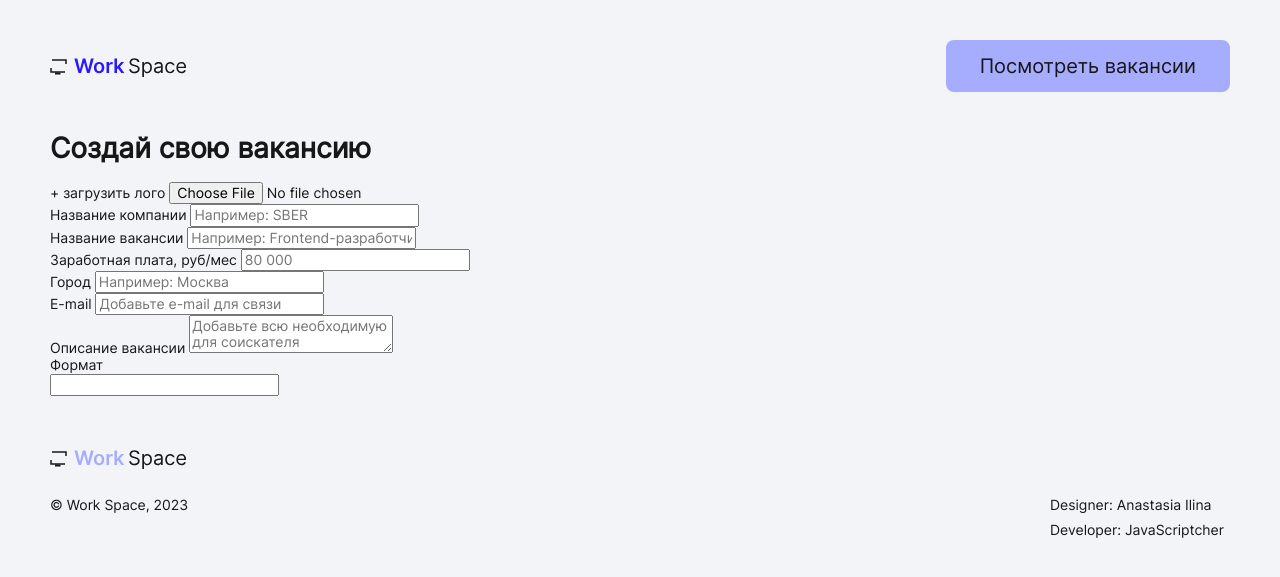
Repository: alexboagreek/workspace_js
Page: employer.html
These files come from the project's save history. The page is drawn as it stood at one moment and after a run of saves; the edit follows.
The browser window is 1280 px wide. The pictures show the whole page.

Above is the page before, as saved 2023-09-12 12:22:14.
Console error: TypeError: Cannot read properties of null (reading 'addEventListener')

### employer.html
<!DOCTYPE html>
<html lang="ru">
  <head>
    <meta charset="UTF-8" />
    <meta name="viewport" content="width=device-width, initial-scale=1.0" />
    <title>Workspace - добавить вакансию</title>

    <link rel="stylesheet" href="index.css" />

    <script src="js/choices.min.js" defer></script>
    <script src="js/script.js" defer></script>
  </head>

  <body>
    <header class="header">
      <div class="container header__container">
        <img class="header__logo" src="img/logo.svg" alt="Логитип WorkSpace" />

        <a class="header__link" href="#vacancies">Посмотреть вакансии</a>
      </div>
    </header>

    <main>
      <section class="employer">
        <div class="container">
          <h1 class="employer__title">Создай свою вакансию</h1>

          <form class="employer__form">
            <div class="employer__file file">
              <div class="file__wrap-preview">
                <img src="#" alt="" class="file__preview" />
              </div>

              <div class="file__wrap-btn">
                <label for="logo" class="file__label"> + загрузить лого </label>
                <input
                  name="logo"
                  type="file"
                  class="file__input"
                  id="logo"
                  accept="image/png, image/jpeg"
                />
              </div>

              <fieldset class="employer__fildset">
                <div class="employer__wrap-input">
                  <label class="employer__label" for="company"
                    >Название компании</label
                  >

                  <input
                    type="text"
                    class="employer__input"
                    id="company"
                    name="company"
                    placeholder="Например: SBER"
                  />
                </div>
              </fieldset>

              <fieldset class="employer__fieldset-input">
                <div class="employer__wrap-input">
                  <label class="employer__label" for="title"
                    >Название вакансии</label
                  >

                  <input
                    type="text"
                    class="employer__input"
                    id="title"
                    name="title"
                    placeholder="Например: Frontend-разработчик"
                  />
                </div>
              </fieldset>

              <fieldset class="employer__fildset">
                <div class="employer__wrap-input">
                  <label class="employer__label" for="salary"
                    >Заработная плата, руб/мес</label
                  >

                  <input
                    type="number"
                    class="employer__input"
                    id="salary"
                    name="salary"
                    placeholder="80 000"
                  />
                </div>
              </fieldset>

              <fieldset class="employer__fildset">
                <div class="employer__wrap-input">
                  <label class="employer__label" for="location">Город</label>

                  <input
                    type="text"
                    class="employer__input"
                    id="location"
                    name="location"
                    placeholder="Например: Москва"
                  />
                </div>
              </fieldset>

              <fieldset class="employer__fildset">
                <div class="employer__wrap-input">
                  <label class="employer__label" for="email">E-mail</label>

                  <input
                    type="email"
                    class="employer__input"
                    id="email"
                    name="email"
                    placeholder="Добавьте e-mail для связи"
                  />
                </div>
              </fieldset>
            </div>

            <fieldset class="employer__fieldset-textarea">
              <label class="employer__label" for="description"
                >Описание вакансии</label
              >

              <textarea
                class="employer__textarea"
                name="description"
                id="description"
                placeholder="Добавьте всю необходимую для соискателя информацию"
              ></textarea>
            </fieldset>


            <div class="employer__radio-buttons">
              <fieldset class="employer__fieldset-radio">
                <legend class="employer__legend">Формат</legend>

                <label class="employer__label-radio radio">
                  <input type="text" class="radio">
                </label>
              </fieldset>
            </div>
          </form>
        </div>
      </section>
    </main>

    <footer class="footer">
      <div class="container footer__container">
        <img
          class="footer__logo"
          src="img/logo-footer.svg"
          alt="Логотип WorkSpace"
        />

        <p class="footer__copyright">© Work Space, 2023</p>

        <ul class="footer__contacts">
          <li class="footer__contact">
            Designer:
            <a class="footer__link" href="#">Anastasia Ilina</a>
          </li>
          <li class="footer__contact">
            Developer:
            <a class="footer__link" href="#">JavaScriptcher</a>
          </li>
        </ul>
      </div>
    </footer>
  </body>
</html>

### index.css
@import "style/normalize.css";
@import "style/choices.min.css";
@import "style/style.css";
@import "style/header.css";
@import "style/hero.css";
@import "style/vacancies.css";
@import "style/filter.css";
@import "style/choices.css";
@import "style/checkbox.css";
@import "style/cards.css";
@import "style/vacancy.css";
@import "style/footer.css";
@import "style/modal.css";
@import "style/detail.css";

### style/style.css
@font-face {
  font-family: Inter;
  font-weight: 400;
  src: url("../fonts/inter-regular.woff2") format("woff2"),
    url("../fonts/inter-regular.woff") format("woff");
}

html {
  scroll-behavior: smooth;
  position: relative;
  box-sizing: border-box;
}

*,
*:before,
*:after {
  box-sizing: inherit;
}

body {
  min-width: 320px;
  min-height: 100vh;
  font-family: Inter, sans-serif;
  font-size: 14px;
  color: #171717;
  background-color: #f3f4f8;
  line-height: 1.2;
}

img,
svg {
  max-width: 100%;
  max-height: 100%;
  height: auto;
}

button {
  padding: 0;
  border: 0;
  cursor: pointer;
  background-color: transparent;
}

a {
  text-decoration: none;
  color: inherit;
}

ul {
  padding: 0;
  margin: 0;
  list-style: none;
}

h1,
h2,
h3,
p {
  margin: 0;
}

fieldset {
  padding: 0;
  margin: 0;
  border: 0;
}

.visually-hidden {
  position: fixed;
  transform: scale(0);
}

.container {
  --width: 1180px;
  --padding: 30px;
  max-width: calc(var(--width) + var(--padding) * 2);
  margin: 0 auto;
  padding: 0 var(--padding);
}

.blue-text {
  color: #2a18ff;
}

@media (max-width: 1140px) {
  .container {
    --width: 880px;
  }
}

@media (max-width: 940px) {
  .container {
    --width: 680px;
  }
}

@media (max-width: 640px) {
  .container {
    --padding: 15px;
  }
}

### style/header.css
.header {
  padding: 40px 0;
}

.header__container {
  display: flex;
  align-items: center;
  justify-content: space-between;
}

.header__link {
  padding: 12px 32px;
  border-radius: 8px;
  background-color: #a6adff;
  font-size: 20px;
  border: 2px solid transparent;
  transition-property: color, background-color;
  transition-duration: 0.2s;
  transition-timing-function: ease-in-out;
}

.header__link:focus-visible {
  border-color: #4f58be;
}

.header__link:hover {
  color: #fff;
  background-color: #2a18ff;
}

@media (max-width: 1140px) {
  .header {
    padding: 32px 0 40px;
  }
}

@media (max-width: 940px) {
  .header {
    padding: 24px 0 30px;
  }

  .header__link {
    padding: 8px 23px;
    font-size: 14px;
  }
}

@media (max-width: 640px) {
  .header {
    padding: 24px 0 20px;
  }

  .header__link {
    display: none;
  }
}

### style/hero.css
.hero {
  padding: 60px 0 50px;
}

.hero__container {
  position: relative;
  padding-top: 57px;
  padding-bottom: 57px;
}

.hero__container:after {
  content: "";
  position: absolute;
  right: -9px;
  top: 0;
  bottom: 0;
  width: 421px;
  background: url("../img/laptop.png") no-repeat center/contain;
}

.hero__title {
  position: relative;
  z-index: 2;
  max-width: 780px;
  font-size: 90px;
  letter-spacing: 1.8px;
  text-transform: uppercase;
}

@media (max-width: 1140px) {
  .hero {
    padding: 40px 0;
  }

  .hero__container {
    padding-top: 53px;
    padding-bottom: 53px;
  }

  .hero__container:after {
    width: 340px;
  }

  .hero__title {
    max-width: 580px;
    font-size: 64px;
    letter-spacing: 1.28px;
  }
}

@media (max-width: 940px) {
  .hero {
    padding: 30px 0;
  }

  .hero__container {
    padding-top: 40px;
    padding-bottom: 40px;
  }

  .hero__container:after {
    width: 269px;
  }

  .hero__title {
    max-width: 450px;
    font-size: 52px;
    letter-spacing: 1.04px;
  }
}

@media (max-width: 640px) {
  .hero {
    padding-top: 20px;
    padding-bottom: 10px;
  }

  .hero__container {
    padding-top: 0;
    padding-bottom: 234px;
  }

  .hero__title {
    max-width: 290px;
    text-align: center;
    margin: 0 auto;
    font-size: 32px;
  }

  .hero__container:after {
    right: auto;
    top: auto;
    height: 269px;
    left: 50%;
    transform: translateX(-50%);
    background-position: bottom;
  }
}

### style/vacancies.css
.vacancies {
  padding: 50px 0;
}

.vacancies__container {
  display: flex;
  align-items: start;
  gap: 24px 20px;
}

.vacancies__filter-btn {
  display: none;
}

.vacancies__filter {
  flex: 0 0 280px;
}

.vacancies__cards {
  flex-basis: 100%;
}

@media (max-width: 1140px) {
  .vacancies {
    padding: 40px 0;
  }
}

@media (max-width: 940px) {
  .vacancies {
    padding: 30px 0;
  }

  .vacancies__container {
    flex-direction: column;
    row-gap: 0;
  }

  .vacancies__filter-btn {
    display: flex;
    align-items: center;
    margin-bottom: 24px;
    transition-property: margin-bottom, color;
    transition-duration: 0.2s, 0.3s;
    transition-timing-function: ease-in-out;
    transition-delay: 0.2s, 0s;
    color: #2a18ff;
    line-height: 20px;
  }

  .vacancies__filter-btn:hover:not(:focus) {
    color: #a6adff;
  }

  .vacancies__filter-btn-arrow {
    position: relative;
    top: -2px;
    display: block;
    width: 20px;
    height: 20px;
  }

  .vacancies__filter-btn_active {
    margin-bottom: 32px;
    transition-delay: 0s;
  }

  .vacancies__filter-btn_active .vacancies__filter-btn-arrow {
    transform: rotate(180deg);
    top: 2px;
  }

  .vacancies__filter {
    width: 100%;
    flex-basis: auto;
    height: 0;
    overflow: hidden;
    transition: height 0.4s ease-in-out;
  }

  .vacancies__filter_active {
    height: auto;
    margin-bottom: 40px;
  }

  .vacancies__cards {
    width: 100%;
  }
}

@media (max-width: 640px) {
  .vacancies__filter-btn_active {
    margin-bottom: 24px;
  }
}

### style/filter.css
.filter {
  position: relative;
}

.filter__reset {
  position: absolute;
  top: 7px;
  right: 0;
  color: #ccc;
}

.filter__title {
  font-size: 20px;
  font-weight: 400;
  margin-bottom: 32px;
}

.filter__form {
  display: flex;
  flex-direction: column;
  gap: 32px;
}

.filter__fieldset {
  display: flex;
  flex-direction: column;
  align-items: start;
}

.filter__legend {
  margin-bottom: 12px;
}

.filter__select {
  width: 100%;
}

.filter__range {
  display: flex;
  align-items: center;
  justify-content: space-between;
  gap: 10px;
}

.filter__label:not(:last-child) {
  margin-bottom: 8px;
}

.filter__input {
  flex: 1 1 50%;
  width: 100%;
  padding: 0 16px;
  height: 32px;
  border: 0;
}

.filter__input::placeholder {
  color: #ccc;
}

.filter__checkboxes {
  display: flex;
  flex-direction: column;
  gap: 32px;
}

.filter__button {
  padding: 8px 24px;
  border-radius: 4px;
  background-color: #a6adff;
  border: 2px solid transparent;
  transition-property: color, background-color;
  transition-duration: 0.2s;
  transition-timing-function: ease-in-out;
}

.filter__button:focus-visible {
  border-color: #4f58be;
}

.filter__button:hover {
  color: #fff;
  background-color: #2a18ff;
}

@media (max-width: 940px) {
  .filter__title {
    position: fixed;
    transform: scale(0);
  }

  .filter__input {
    max-width: 140px;
  }

  .filter__checkboxes {
    display: grid;
    grid-template-columns: repeat(auto-fit, minmax(180px, 1fr));
    gap: 24px 70px;
  }

  .filter__buttons {
    display: flex;
    gap: 16px;
    align-items: center;
  }

  .filter__reset {
    position: static;
  }
}

### style/choices.css
.choices {
  width: 100%;
}

.choices__inner {
  background-color: #fff;
  padding: 6px 16px;
  min-height: 32px;
  border: 0;
}

.choices__list--single {
  padding: 0;
}

.choices[data-type*="select-one"]::after {
  width: 20px;
  height: 20px;
  background: url("../img/arrow.svg") no-repeat center/contain;
  border: 0;
  top: 6px;
  right: 16px;
  margin-top: 0;
}

.choices[data-type*="select-one"].is-open::after {
  transform: rotate(180deg);
  margin-top: 0;
}

### style/checkbox.css
.checkbox {
  position: relative;
  display: block;
  line-height: 20px;
  padding-left: 28px;
}

.checkbox__input {
  -webkit-appearance: none;
  -moz-appearance: none;
  appearance: none;
  position: absolute;
  width: 20px;
  height: 20px;
  left: 0;
  top: 0;
  bottom: 0;
  background-color: #fff;
  border-radius: 4px;
}

.checkbox__input:after {
  content: "";
  position: absolute;
  inset: 0;
  display: block;
  background: url("../img/check.svg") no-repeat center;
  opacity: 0;
  transition: opacity 0.2s ease-in-out;
}

.checkbox__input:checked:after {
  opacity: 1;
}

.checkbox__input:focus-visible {
  outline: none;
  box-shadow: 0px 2px 10px rgba(0, 0, 0, 0.25);
}

.checkbox__input:hover:not(:disabled) {
  box-shadow: 0px 2px 10px rgba(166, 173, 255, 0.55);
}

.checkbox__input:disabled {
  background-color: #ccc;
}

### style/cards.css
.cards__list {
  display: grid;
  grid-template-columns: repeat(auto-fit, minmax(280px, 1fr));
  gap: 20px;
}

@media (max-width: 940px) {
  .cards__list {
    grid-template-columns: repeat(auto-fit, minmax(220px, 1fr));
    gap: 10px;
  }
}

### style/vacancy.css
.vacancy {
  border-radius: 16px;
  background-color: #fff;
  padding: 16px;
  height: 100%;
  cursor: pointer;
  outline: none;
  border: 2px solid transparent;
}

.vacancy:hover {
  background-color: #f9faff;
}

.vacancy:focus-visible {
  border-color: #a6adff;
}

.vacancy__img {
  max-height: 44px;
  margin-bottom: 12px;
  display: block;
}

.vacancy__company {
  font-size: 20px;
  margin-bottom: 8px;
}

.vacancy__title {
  display: inline-block;
  padding: 3px 5px;
  font-size: 14px;
  font-weight: 400;
  border-radius: 4px;
  background-color: #eaecff;
  margin-bottom: 8px;
}

.vacancy__field {
  color: #ccc;
}

### style/footer.css
.footer {
  padding: 50px 0 40px;
}

.footer__container {
  display: grid;
  gap: 27px;
  grid-template-areas:
    "logo ."
    "copyright contacts";
}

.footer__logo {
  grid-area: logo;
}

.footer__copyright {
  grid-area: copyright;
}

.footer__contacts {
  grid-area: contacts;
  justify-self: end;
  min-width: 180px;
}

.footer__contact {
  margin-bottom: 8px;
}

.footer__contact:last-child {
  margin-bottom: 0;
}

.footer__link:hover {
  color: brown;
}

@media (max-width: 1140px) {
  .footer {
    padding: 40px 0 32px;
  }
}

@media (max-width: 940px) {
  .footer {
    padding: 30px 0 24px;
  }
}

@media (max-width: 640px) {
  .footer {
    padding-top: 20px;
  }

  .footer__container {
    grid-template-areas:
      "logo"
      "copyright"
      "contacts";
  }

  .footer__contacts {
    justify-self: start;
  }
}

### style/modal.css
.modal {
  position: fixed;
  z-index: 10;
  inset: 0;
  background-color: rgba(0, 0, 0, 0.5);
  cursor: pointer;
  padding: 30px;
  overflow-y: auto;
  display: flex;
}

.modal__main {
  position: relative;
  margin: auto;
  cursor: default;
}

.modal__close {
  background-color: transparent;
  border: none;
  cursor: pointer;
  position: absolute;
  top: 12px;
  right: 12px;
  padding: 0;
  line-height: 0;
  outline: 1px solid transparent;
  border-radius: 3px;
}

.modal__close:focus-visible {
  outline-color: gray;
}

@media (max-width: 640px) {
  .modal {
    padding: 30px 15px;
  }
}

### style/detail.css
.detail {
  max-width: 780px;
  border-radius: 16px;
  box-shadow: 0px 10px 50px 0px rgba(4, 0, 49, 0.1);
  background: #fff url("../img/likemen.png") no-repeat bottom right;
  background-size: 150px;
  padding: 36px 36px 80px;
}

.detail__header {
  display: grid;
  grid-template-columns: 101px 1fr;
  gap: 12px 20px;
  margin-bottom: 32px;
}

.detail__logo {
  width: 100%;
  max-height: 101px;
  grid-row: 1 / 3;
  align-self: center;
  justify-self: start;
}

.detail__company {
  font-size: 32px;
  letter-spacing: 0.64px;
  align-self: end;
  justify-self: start;
}

.detail__title {
  font-size: 20px;
  font-weight: 400;
  align-self: start;
  justify-self: start;
  border-radius: 4px;
  background-color: #eaecff;
  padding: 5px 10px;
}

.detail__main {
  display: flex;
  gap: 20px;
  margin-bottom: 32px;
}

.detail__description {
  max-width: 465px;
  line-height: 1.4;
}

.detail__fields {
  display: flex;
  flex-direction: column;
  align-items: start;
  gap: 4px;
}

.detail__field {
  padding: 3px 10px;
  border-radius: 30px;
  background-color: #eaecff;
}

.detail__resume {
  line-height: 1.4;
}

@media (max-width: 940px) {
  .detail {
    max-width: 680px;
    padding: 24px 24px 72px;
  }

  .detail__main {
    gap: 10px;
  }

  .detail__description {
    max-width: 418px;
  }
}

@media (max-width: 640px) {
  .detail {
    padding: 24px 15px;
    background-image: none;
  }

  .detail__header {
    grid-template-columns: 60px 1fr;
    gap: 4px 8px;
    margin-bottom: 24px;
  }

  .detail__company {
    font-size: 20px;
    letter-spacing: 0.4px;
  }

  .detail__title {
    font-size: 12px;
  }

  .detail__main {
    flex-direction: column;
    gap: 24px;
    margin-bottom: 24px;
  }

  .detail__description {
    max-width: 100%;
  }
}

Loaded but not shown: js/choices.min.js (library); style/normalize.css (library); style/choices.min.css (library); js/script.js (300 lines, source omitted)

After the next 4 saves:
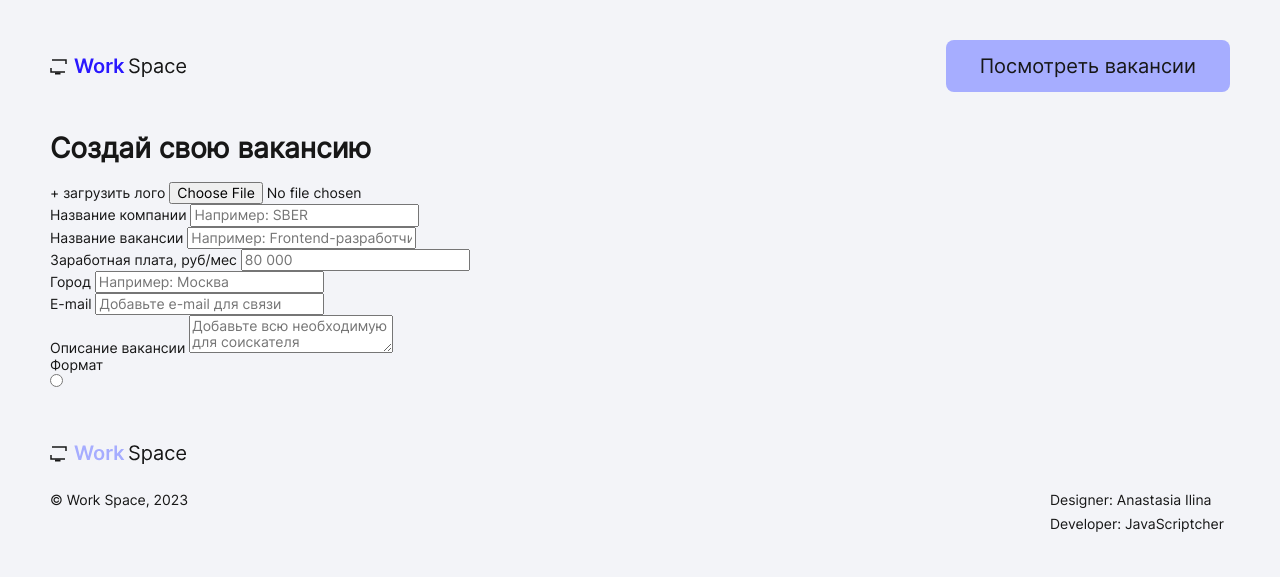
The 4 saves are shown as one change because they came seconds apart.
The last was saved 9 s later.
--- a/employer.html
+++ b/employer.html
@@ -138,7 +138,7 @@
                 <legend class="employer__legend">Формат</legend>
 
                 <label class="employer__label-radio radio">
-                  <input type="text" class="radio">
+                  <input type="radio" class="radio">
                 </label>
               </fieldset>
             </div>
